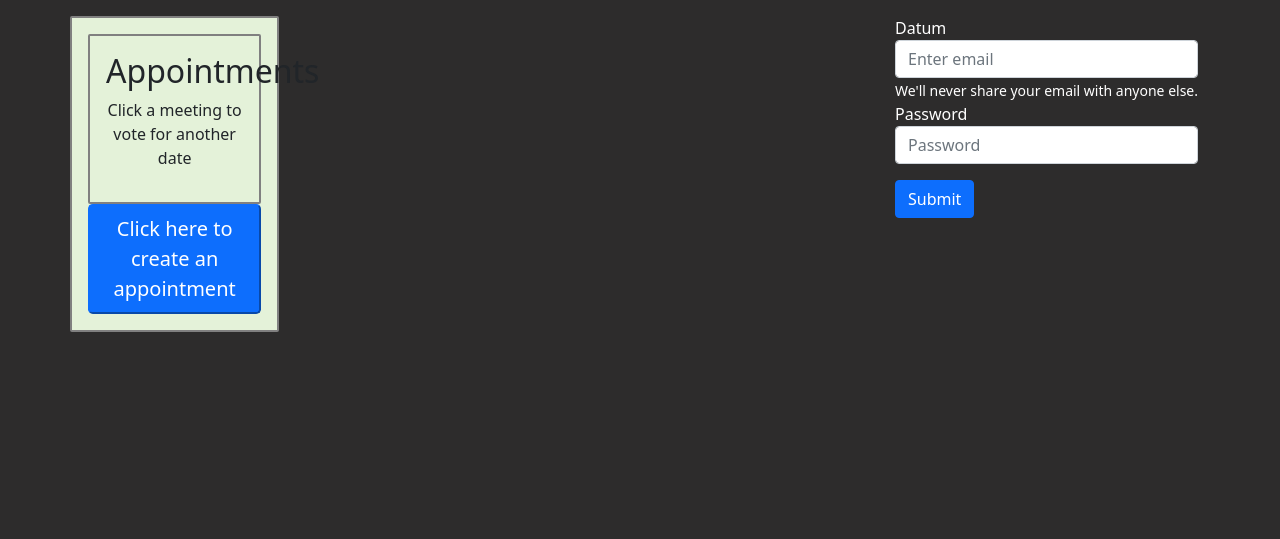
Repository: wlichon/Semesterprojekt
Page: index.html
These files come from the project's save history. The page is drawn as it stood at one moment and after the next save; the edit follows.
The browser window is 1280 px wide. The pictures show the whole page.
The page's requests for data from a server got no answer. Some web libraries are served in a nearby version.

Above is the page before, as saved 2022-04-22 20:44:42.

### index.html
<!DOCTYPE html>
<html lang="en">
<head>
    <link href="https://cdn.jsdelivr.net/npm/bootstrap@5.1.3/dist/css/bootstrap.min.css" rel="stylesheet" integrity="sha384-1BmE4kWBq78iYhFldvKuhfTAU6auU8tT94WrHftjDbrCEXSU1oBoqyl2QvZ6jIW3" crossorigin="anonymous">
    <link rel="stylesheet" href="https://cdn.jsdelivr.net/npm/bootstrap-icons@1.8.1/font/bootstrap-icons.css">
    <script
    src="https://code.jquery.com/jquery-3.6.0.min.js"
    integrity="sha256-/xUj+3OJU5yExlq6GSYGSHk7tPXikynS7ogEvDej/m4="
    crossorigin="anonymous"></script>
    <script src="https://cdnjs.cloudflare.com/ajax/libs/jqueryui/1.12.1/jquery-ui.min.js" integrity="sha512-uto9mlQzrs59VwILcLiRYeLKPPbS/bT71da/OEBYEwcdNUk8jYIy+D176RYoop1Da+f9mvkYrmj5MCLZWEtQuA==" crossorigin="anonymous" referrerpolicy="no-referrer"></script>
    <meta charset="UTF-8">
    <meta http-equiv="X-UA-Compatible" content="IE=edge">
    <meta name="viewport" content="width=device-width, initial-scale=1.0">
    <link rel="stylesheet" href="frontend/css/mystyle.css">
    <script src="frontend/script/script.js" defer></script>
    <title>Appointment Finder</title>
</head>
<body class="d-flex justify-content-center">
    <div class="container m-3 d-flex justify-content-center">
        <div class="events row flex-grow-1" id="events">
            <div class="col-md-3 d-flex justify-content-between" style="flex-direction: column">

                <div class="col">
                    <h2 class="align-self-center">Appointments</h2>
                    <p class="">Click a meeting to vote for another date</p>
                </div>
                <button class = "btn-primary btn-lg" id = "createappointment"> Click here to create an appointment</button>


                </div>
             </div>

            <div class="appointments row flex-grow-1" id="appointments">
                <div class="col-md d-flex justify-content-between" style="flex-direction: column">
                    <div class="row h-80">
                        <div class="col">
                           <h2 class="align-self-center">Options</h2>
                        </div>
                    </div>
                    <div class="row inputs h-20 align-self-bottom">
                        <div class="col-md">
                            <i class="bi bi-person-circle m-1"></i><input type="text" placeholder="Name">
                        </div>
                    </div>

                </div>




                <!--
                    <div id = "appointment"
                <div class="col-md">
                    <div class="row h-80">
                        <div class="col wrapper">
                            <h4>Dez</h4>
                            <h3>23</h3>
                            <p>Mi</p>
                            <p>11:40</p>
                            <p>13:00</p>
                        </div>
                    </div>
                    <div class="row inputs h-20">
                        <div class="col-md"><input class="form-check-input" type="checkbox" value=""></div>
                    </div>


                </div>
                <div class="btn btn-primary col-auto p-1" id="lslide">
                    <i class="bi bi-chevron-left"></i>
                </div>

                <div class="row mt-5 comment">
                    <div class="input-group input-group-lg">
                        <span class="input-group-text" id="inputGroup-sizing-lg">Comment</span>
                        <input type="text" class="form-control" aria-label="Sizing example input" aria-describedby="inputGroup-sizing-lg">
                        <button class="btn btn-outline-secondary bg-primary text-white" type="button" id="submit">Submit</button>
                    </div>
                </div>
            -->
        </div>
        <form id = "createappointmentform">
            <div class="form-group">
                <!-- Appointment ($date,$title,$votingExpirationDate,$begin,$end,$optionIDs)3222 -->
              <label for="exampleInputEmail1" class ="text-white">Datum</label>
              <input type="email" class="form-control" id="exampleInputEmail1" aria-describedby="emailHelp" placeholder="Enter email">
              <small id="emailHelp" class="form-text text-white">We'll never share your email with anyone else.</small>
            </div>
            <div class="form-group">
              <label for="exampleInputPassword1" class ="text-white">Password</label>
              <input type="password" class="form-control" id="exampleInputPassword1" placeholder="Password">
            </div>
            <button type="submit" class="btn btn-primary mt-3">Submit</button>
          </form>

            </div>


    <script src="https://cdn.jsdelivr.net/npm/bootstrap@5.1.3/dist/js/bootstrap.bundle.min.js" integrity="sha384-ka7Sk0Gln4gmtz2MlQnikT1wXgYsOg+OMhuP+IlRH9sENBO0LRn5q+8nbTov4+1p" crossorigin="anonymous"></script>
</body>
</html>

### frontend/css/mystyle.css
[class*="col"]{
    text-align:center;
    border: 2px solid grey;
    padding: 1rem;
    border-radius: 2px;
    background-color:rgb(228, 242, 217);
}

.bi-person-circle{
    font-size: 1.5rem;
}

.inputs > div{
    background-color: rgb(89, 209, 61);
}

body{
    background-color:rgb(45, 44, 44);
}

.wrapper{
    border-radius: 5px;
    border: none;
    background-color: lightcyan;
}

.container{
    border-radius: 5px;
}

#lslide{
    background-color:blue;
    border-radius:10px;
}

.event{
    cursor: pointer;
}

.event:hover{
    background-color:blue;
}

.noevent:hover{
    pointer-events: none;
}

### frontend/script/script.js
"use strict";
var months = ["Jan", "Feb", "Mar", "Apr", "May", "Jun", "Jul", "Aug", "Sep", "Oct", "Nov", "Dec"];
var days = ["Mon", "Tue", "Wed", "Thu", "Fri", "Sat", "Sun"];
var slidebutton = "<div class='btn btn-primary col-auto p-1' id='lslide'><i class='bi bi-chevron-left'></i></div>";
var commentbar = "<div class='row mt-5 comment'><div class='input-group input-group-lg'><span class='input-group-text' id='inputGroup-sizing-lg'>Comment</span><input type='text' class='form-control' aria-label='Sizing example input' aria-describedby='inputGroup-sizing-lg'><button class='btn btn-outline-secondary bg-primary text-white' type='button' id='submit'>Submit</button></div></div>";
$(function () {
    $("#appointments").hide();
    $("#events").hide();
    $.ajax({
        type: "GET",
        url: "backend/serviceHandler.php",
        cache: false,
        data: { function: "loadAppointments" },
        dataType: "json",
        success: function (response) {
            // bei sucess liefert loadAppointments ein Array mit den ganzen Appointments in dem Format:
            //  Appointment("25-06-2027", "Meeting4", "22-05-2025 19:30:00", "18:00", "18:30", [2, 3]) also:
            // Appointment("Tag-Monat-Jahr", "MeetingNummer", "ExpirationDate", "UhrzeitBeginn", "Uhrzeitende", "OptionsID");
            // Appointment ($date,$title,$votingExpirationDate,$begin,$end,$optionIDs)3222
            console.log("success");
            $.each(response, function (i, val) {
                var counter = 1;
                var date = new Date(val["date"]["date"]);
                var month = months[date.getMonth()];
                var day = days[date.getDay()];
                var dayOfMonth = date.getDate();
                var year = date.getFullYear();
                var expiration = val["votingExpirationDate"]["date"].substr(0, 19);
                var begin = val["begin"]["date"].substr(11).substr(0, 8);
                var end = val["end"]["date"].substr(11).substr(0, 8);
                var id = val["optionIDs"];
                $("#events").append("<div class='col-md-2 event' id =" + counter + " + data=" + id + ">" +
                    "<div class='col wrapper'>" +
                    "<h2>" + val["title"] + "</h2>" +
                    "<h4>" + month + "</h4>" +
                    "<h3>" + dayOfMonth + "</h3>" +
                    "<p>" + day + "</p>" +
                    "<p>Begins: " + begin + "</p>" +
                    "<p>Ends: " + end + "</p>" +
                    "<h6><p>Voting ends:</p>" +
                    "<p>" + expiration + "</p></h6>" +
                    "</div> </div>");
                var isexpired = new Date(expiration);
                var today = new Date();
                if (isexpired <= today) {
                    $("#" + counter).append("<h5 class = 'mt-3' > abgelaufen! </h5>");
                    $("#" + counter).attr("class", "col-md-2 noevent");
                }
                counter++;
            });
        },
        complete: function () {
            $(".event").on('click', function (e) {
                var self = e.currentTarget; // Element was das Klick getriggert hat
                $("#events").hide("slide", { direction: "left" }, 1000, function () {
                    console.log(self);
                    var optionIDs_string = self.getAttribute("data");
                    var optionIDs = Array.from(optionIDs_string.split(","));
                    console.log(optionIDs);
                    $.ajax({
                        type: "GET",
                        url: "backend/serviceHandler.php",
                        cache: false,
                        data: { function: "loadOptions", param: optionIDs },
                        dataType: "json",
                        success: function (response) {
                            console.log("success");
                            console.log(response);
                            $.each(response, function (i, val) {
                                var date = new Date(val["date"]["date"]);
                                console.log("loop");
                                var month = months[date.getMonth()];
                                var day = days[date.getDay()];
                                var dayOfMonth = date.getDate();
                                var year = date.getFullYear();
                                var begin = val["begin"]["date"].substr(11).substr(0, 8);
                                var end = val["end"]["date"].substr(11).substr(0, 8);
                                $("#appointments").append("<div class='col-md'>" +
                                    "<div class='col-md event'>" +
                                    "<div class='col wrapper'>" +
                                    "<h4>" + month + "</h4>" +
                                    "<h3>" + dayOfMonth + "</h3>" +
                                    "<p>" + day + "</p>" +
                                    "<p>Begins: " + begin + "</p>" +
                                    "<p>Ends: " + end + "</p>" +
                                    "</div></div>" +
                                    "<div class='row inputs h-20'>" +
                                    "<div class='col-md'><input class='form-check-input' type='checkbox' value=''></div></div></div>");
                            });
                            $("#appointments").append(slidebutton + commentbar);
                            $("#lslide").on('click', slidebar);
                        },
                        error: function (response) {
                            console.log("failure");
                        }
                    }),
                        setTimeout(function () { return $("#appointments").show("slide", 1000); }, 100);
                });
            });
            $("#events").show("slide", 1000);
        },
        error: function (e) {
            console.log("failure");
        }
    });
    console.log("hi");
    $("#submit").on('click', function () {
        console.log($("#test").prop("checked"));
    });
});
var optionNameInput = '<div class="col-md d-flex justify-content-between" style="flex-direction: column">' +
    '<div class="row h-80">' +
    '<div class="col">' +
    '<h2 class="align-self-center">Options</h2>' +
    '</div>' +
    '</div>' +
    '<div class="row inputs h-20 align-self-bottom">' +
    '<div class="col-md">' +
    '<i class="bi bi-person-circle m-1"></i><input type="text" placeholder="Name">' +
    '</div>' +
    '</div>' +
    '</div>';
function slidebar() {
    $("#appointments").hide("slide", { direction: "left" }, 1000, function () {
        $("#appointments").empty().append(optionNameInput);
        $("#events").show("slide", 1000);
    });
}

After the next save:
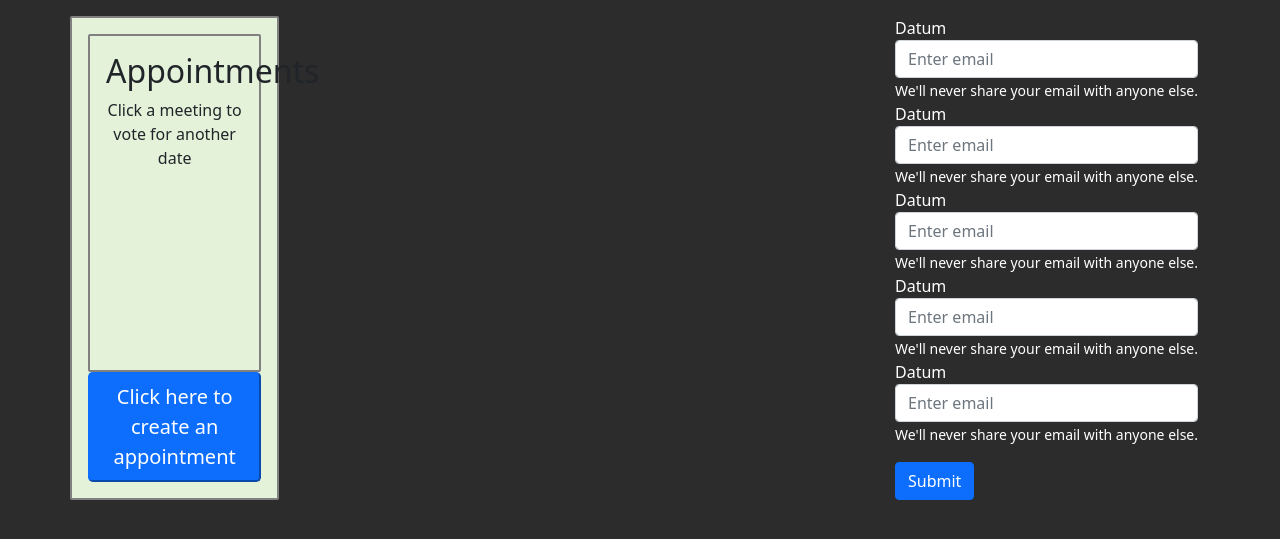
Saved 19 s later.
--- a/index.html
+++ b/index.html
@@ -80,16 +80,32 @@
             -->
         </div>
         <form id = "createappointmentform">
+            <!-- Appointment ($date,$title,$votingExpirationDate,$begin,$end,$optionIDs)3222 -->
             <div class="form-group">
-                <!-- Appointment ($date,$title,$votingExpirationDate,$begin,$end,$optionIDs)3222 -->
               <label for="exampleInputEmail1" class ="text-white">Datum</label>
               <input type="email" class="form-control" id="exampleInputEmail1" aria-describedby="emailHelp" placeholder="Enter email">
               <small id="emailHelp" class="form-text text-white">We'll never share your email with anyone else.</small>
             </div>
             <div class="form-group">
-              <label for="exampleInputPassword1" class ="text-white">Password</label>
-              <input type="password" class="form-control" id="exampleInputPassword1" placeholder="Password">
-            </div>
+                <label for="exampleInputEmail1" class ="text-white">Datum</label>
+                <input type="email" class="form-control" id="exampleInputEmail1" aria-describedby="emailHelp" placeholder="Enter email">
+                <small id="emailHelp" class="form-text text-white">We'll never share your email with anyone else.</small>
+              </div>
+              <div class="form-group">
+                <label for="exampleInputEmail1" class ="text-white">Datum</label>
+                <input type="email" class="form-control" id="exampleInputEmail1" aria-describedby="emailHelp" placeholder="Enter email">
+                <small id="emailHelp" class="form-text text-white">We'll never share your email with anyone else.</small>
+              </div>
+              <div class="form-group">
+                <label for="exampleInputEmail1" class ="text-white">Datum</label>
+                <input type="email" class="form-control" id="exampleInputEmail1" aria-describedby="emailHelp" placeholder="Enter email">
+                <small id="emailHelp" class="form-text text-white">We'll never share your email with anyone else.</small>
+              </div>
+              <div class="form-group">
+                <label for="exampleInputEmail1" class ="text-white">Datum</label>
+                <input type="email" class="form-control" id="exampleInputEmail1" aria-describedby="emailHelp" placeholder="Enter email">
+                <small id="emailHelp" class="form-text text-white">We'll never share your email with anyone else.</small>
+              </div>
             <button type="submit" class="btn btn-primary mt-3">Submit</button>
           </form>
 
